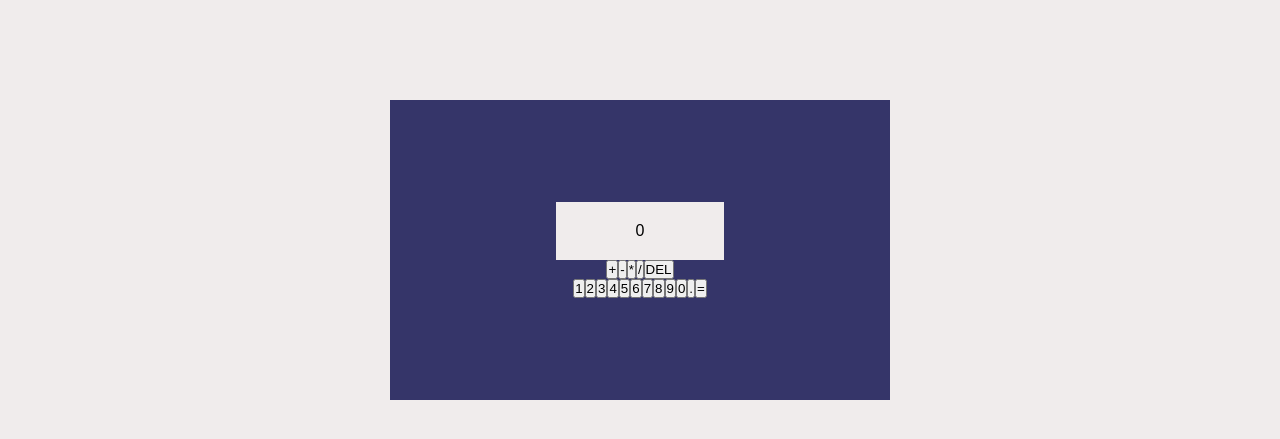
Repository: Bishek666/simple-calculator
Page: /
An editor plug-in stored every save of this project. The page is shown before and after the next save, followed by the edit.
The browser window is 1280 px wide. The pictures show the whole page.
The project was rebuilt for these pictures with package versions that can differ from the ones it lists, and the page was loaded fresh each time.

Above is the page before, as saved 2021-10-20 17:41:41.

### src/index.css
:root {
    --primary: #030546c9;
    --secondary: #797dffc9;
    --dark: #0908088a;
    --light: rgb(240, 236, 236);
}

* {
    margin: 0;
    padding: 0;
    box-sizing: border-box;
    font-family: sans-serif;
}

body {
    background-color: var(--light);
}

.container-calculator {
    display: flex;
    flex-direction: column;
    align-items: center;
    justify-content: center;
    background-color: var(--primary);
    height: 300px;
    width: 500px;
    margin: 100px auto;
}

.display-calculation {
    padding: 20px 80px;
    background-color: var(--light);
}

### src/App.js
function App() {
    const addDigits = () => {
        const digits = [];

        for (let i = 1; i < 10; i++) {
            digits.push(<button key={i}>{i}</button>);
        }

        return digits;
    };
    return (
        <div className='container-calculator'>
            <div className='display-calculation'>0</div>
            <div className='operators'>
                <button>+</button>
                <button>-</button>
                <button>*</button>
                <button>/</button>
                <button>DEL</button>
            </div>
            <div className='digits'>
                {addDigits()}
                <button>0</button>
                <button>.</button>
                <button>=</button>
            </div>
        </div>
    );
}

export default App;

Loaded but not shown: public/index.html (common file); src/index.js (common file)

After the next save:
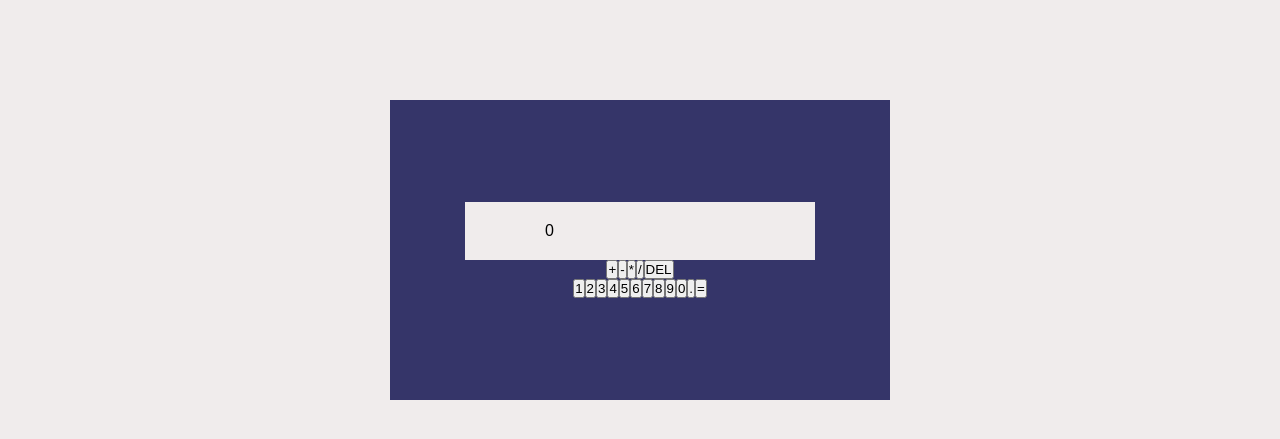
Saved 21 s later.
--- a/src/index.css
+++ b/src/index.css
@@ -29,5 +29,6 @@ body {
 
 .display-calculation {
     padding: 20px 80px;
+    width: 70%;
     background-color: var(--light);
 }
